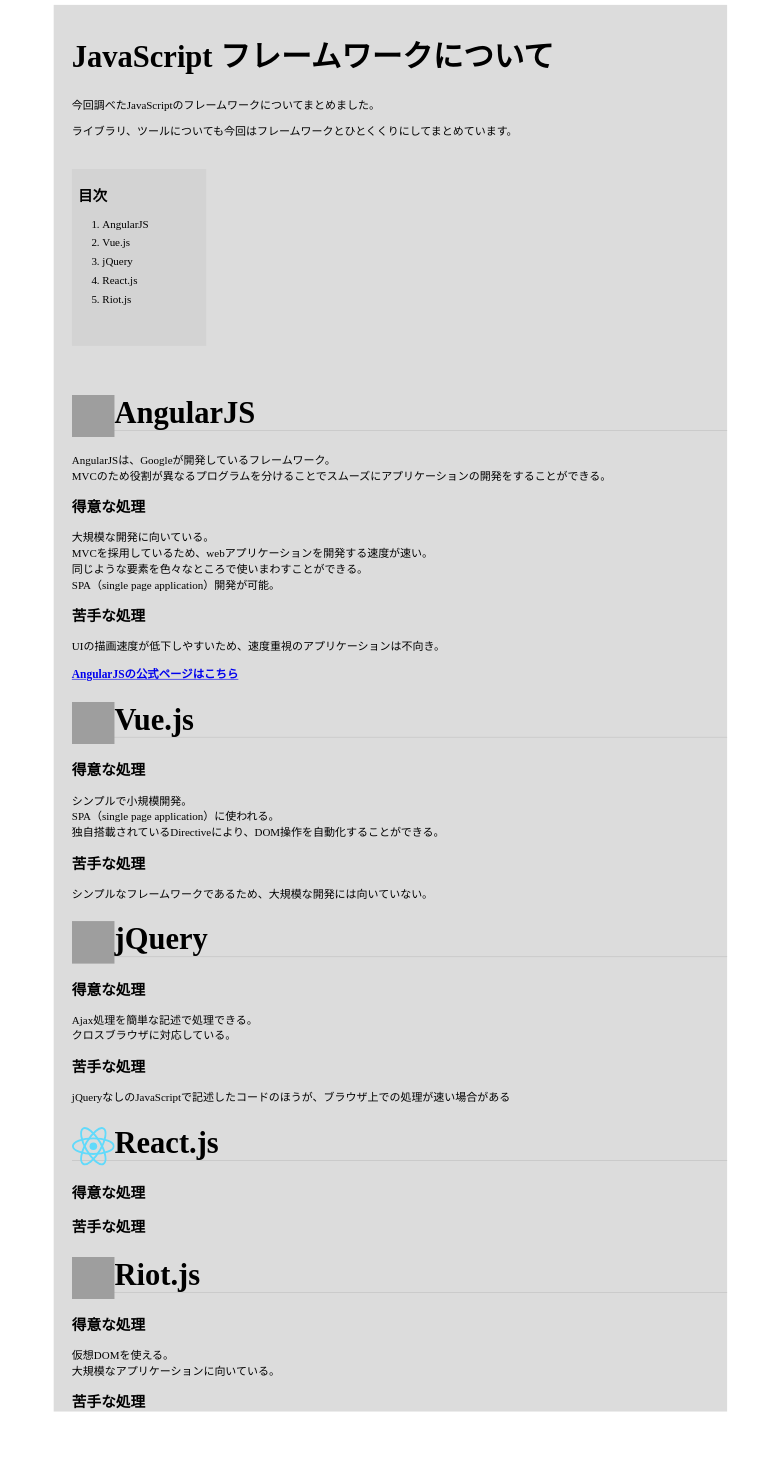
Repository: daichi-python/samurai_HTML_CSS
Page: Framework/index.html
The author's editor kept a record of every edit. The page is drawn from the files as they stood at one moment, then again after the next edit.
The browser window is 1280 px wide. The pictures show the whole page, at 61% of full size.
Pictures or frames that could not be fetched are drawn as grey boxes.

Above is the page before.

After the next edit:
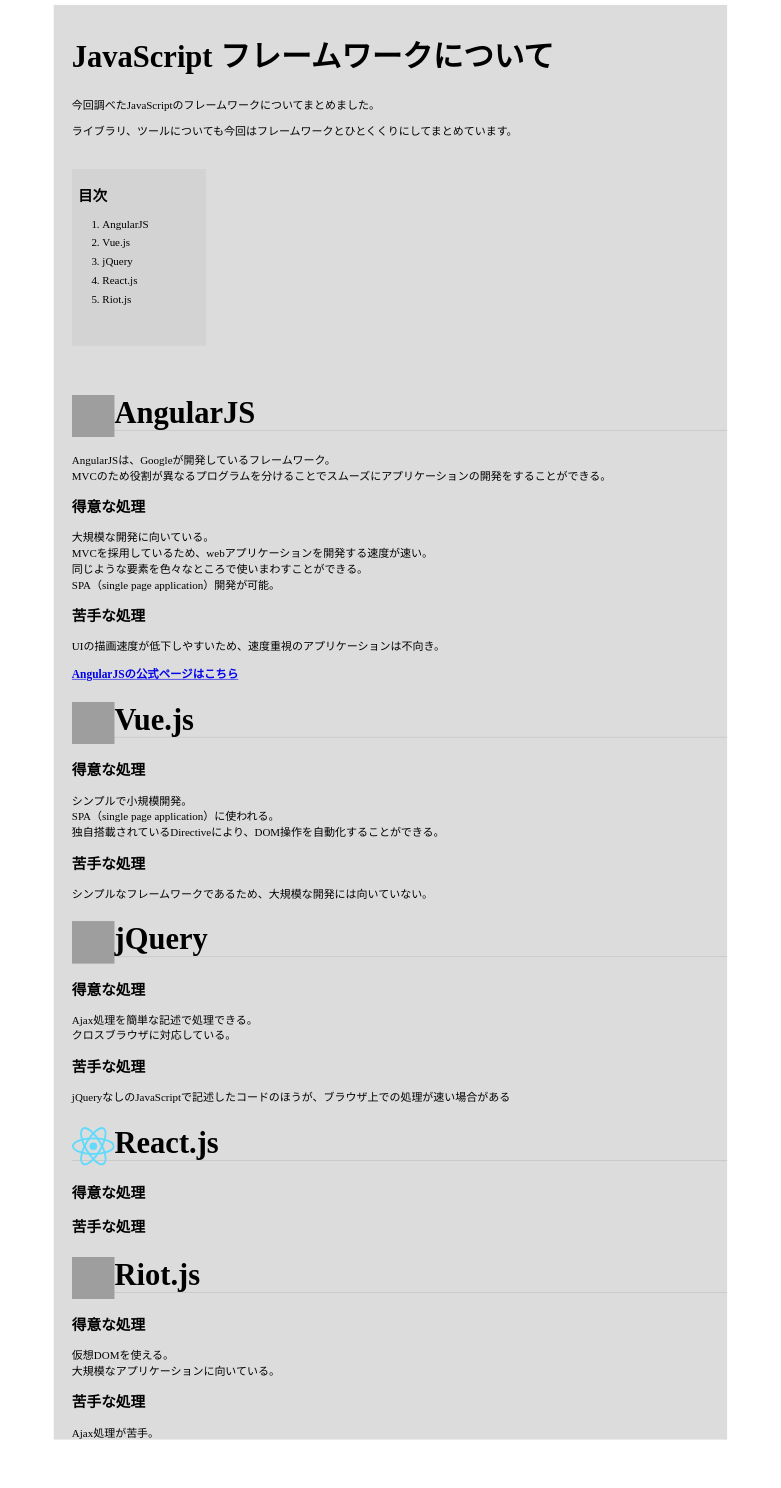
The edit:
--- a/Framework/index.html
+++ b/Framework/index.html
@@ -93,6 +93,9 @@
 
                     </p>
                     <h2>苦手な処理</h2>
+                    <p>
+                        Ajax処理が苦手。
+                    </p>
                 </div>
             </div>
         </div>
